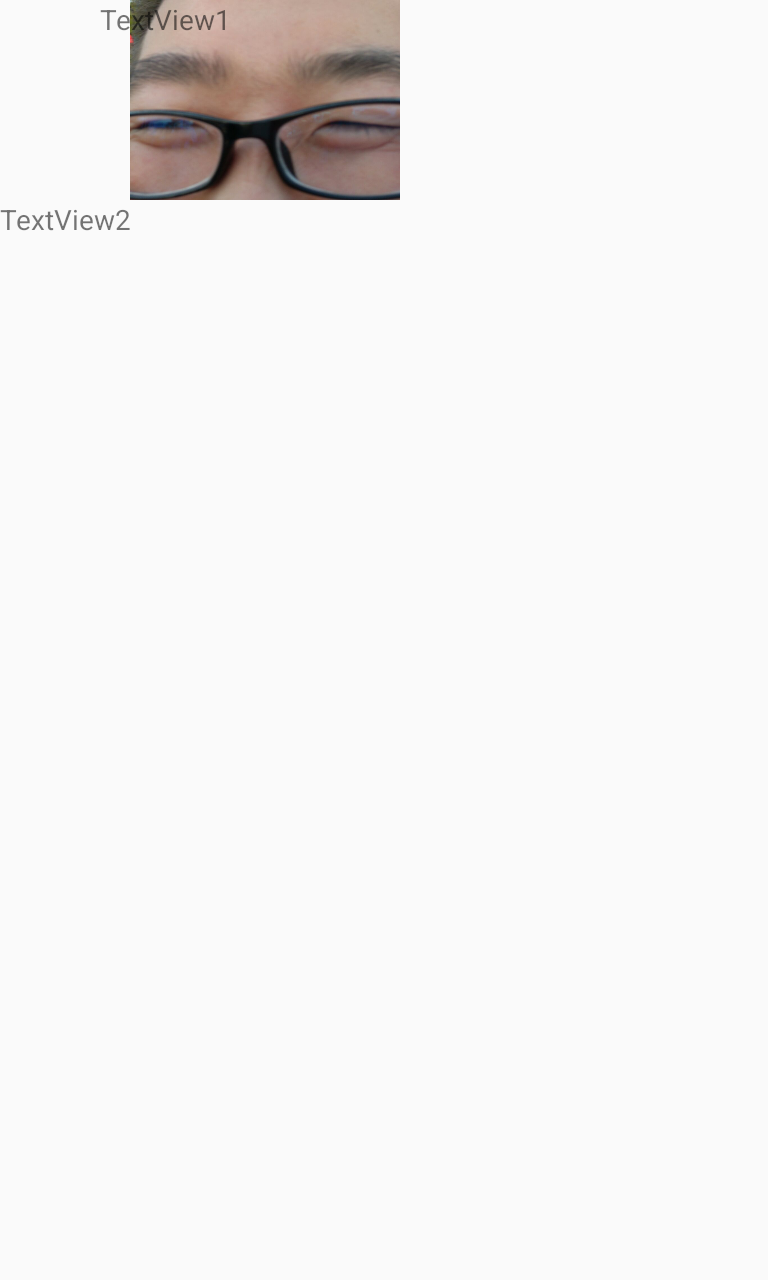
Repository: mjchow/qiuyi
Layout: demo1/res/layout/activity_main.xml
An editor plug-in stored every save of this project. The layout is shown before and after the next save, followed by the edit.
It is drawn on a 768 x 1280 px phone screen (xhdpi) without system bars, with theme AppTheme; the app's code is not run.

Above is the layout before, as saved 2014-12-25 15:36:18.

### demo1/res/layout/activity_main.xml
<FrameLayout xmlns:android="http://schemas.android.com/apk/res/android"
    xmlns:tools="http://schemas.android.com/tools"
    android:id="@+id/container"
    android:layout_width="match_parent"
    android:layout_height="match_parent"
    tools:context="com.example.demo1.MainActivity"
    tools:ignore="MergeRootFrame" >

    <ImageView
         android:id="@+id/imageview1"
         android:layout_top="300dp"
         android:layout_marginBottom="0dp"
         android:layout_width="200dp"
         android:layout_height="100dp"
         android:scaleType="fitEnd"
         android:src="@drawable/ydt1" />
      <TextView
        android:id="@+id/textView1"
        android:layout_width="wrap_content"
        android:layout_height="wrap_content"
        android:layout_marginLeft = "50dp"
        android:text="TextView1" />

    <TextView
        android:id="@+id/textView2"
        android:layout_marginTop="100dp"
        android:layout_width="wrap_content"
        android:layout_height="wrap_content"
        android:text="TextView2" />

</FrameLayout>

Loaded but not shown: demo1/res/values/styles.xml (common file); demo1/res/values-v11/styles.xml (common file); demo1/res/values-v14/styles.xml (common file)

After the next save:
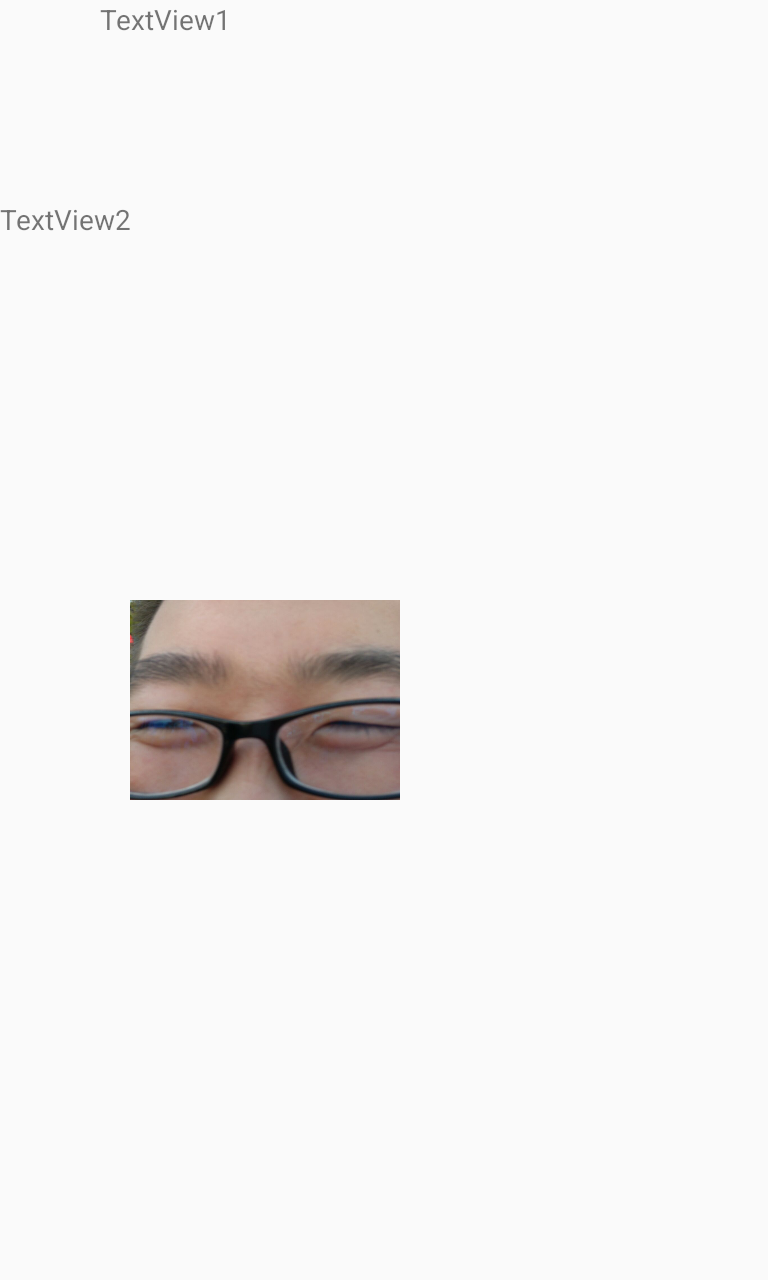
Saved 22 s later.
--- a/demo1/res/layout/activity_main.xml
+++ b/demo1/res/layout/activity_main.xml
@@ -8,7 +8,7 @@
 
     <ImageView
          android:id="@+id/imageview1"
-         android:layout_top="300dp"
+         android:layout_marginTop="300dp"
          android:layout_marginBottom="0dp"
          android:layout_width="200dp"
          android:layout_height="100dp"
